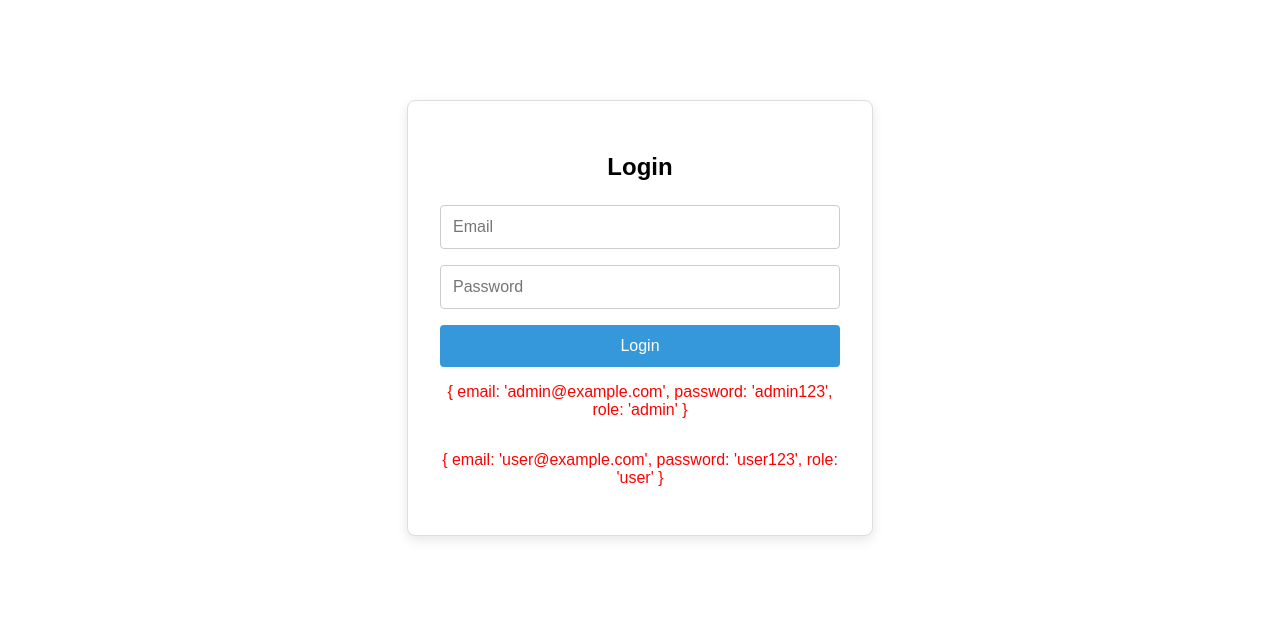
Repository: Edmund-Kiama/todoPHP
Page: / (app in task-manager-frontend/)
The author's editor kept a copy of each file at every save. The page is drawn from the files as they stood at one save, then again after a run of saves.
The browser window is 1280 px wide. The pictures show the whole page.
The project was rebuilt for these pictures with package versions that can differ from the ones it lists, and the page was loaded fresh each time. Also part of the build but not shown: task-manager-frontend/vite.config.js, task-manager-frontend/src/components/Admin/admin.css, task-manager-frontend/src/components/Admin/AdminDashboard.vue, task-manager-frontend/src/components/User/user.css, task-manager-frontend/src/components/User/UserDashboard.vue.

Above is the page before, as saved 2025-07-12 21:00:26.

After the next 3 saves:
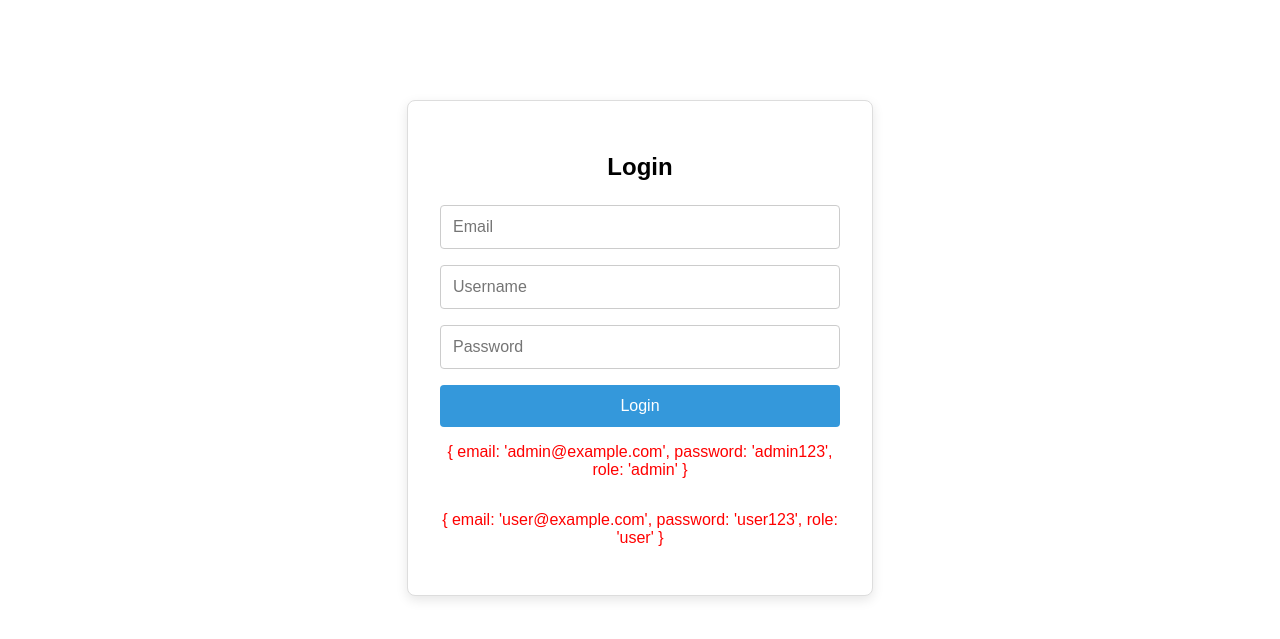
The 3 saves are shown as one change because they came seconds apart.
The last was saved 2 min 12 s later.
--- a/task-manager-frontend/src/components/Login/Login.vue
+++ b/task-manager-frontend/src/components/Login/Login.vue
@@ -29,6 +29,7 @@
         <h2>Login</h2>
         <form @submit.prevent="login">
             <input v-model="email" placeholder="Email" required />
+            <input v-model="email" placeholder="Username" required />
             <input type="password" v-model="password" placeholder="Password" required />
             <button>Login</button>
             <p v-if="error">{{ error }}</p>
